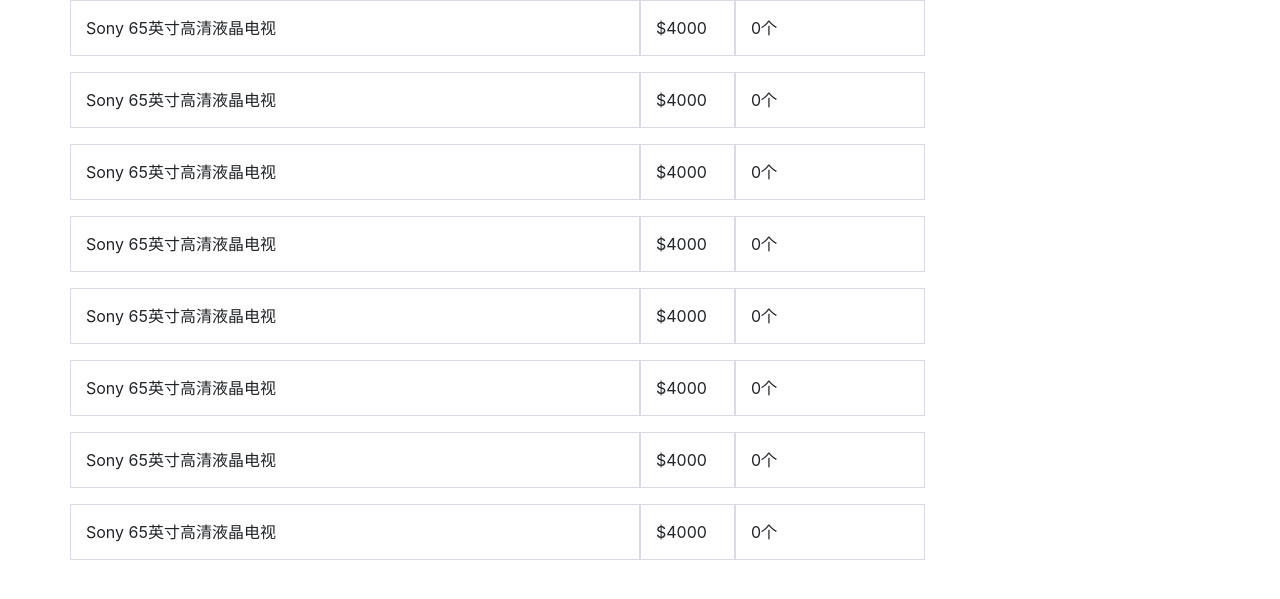
Repository: cuilongshui/reaact_dom
Page: /
The author's editor kept a copy of each file at every save. The page is drawn from the files as they stood at one save, then again after the next save.
The browser window is 1280 px wide. The pictures show the whole page.
The project was rebuilt for these pictures with package versions that can differ from the ones it lists, and the page was loaded fresh each time. Also part of the build but not shown: src/App.css.

Above is the page before, as saved 2020-12-10 22:09:20.

### public/index.html
<!DOCTYPE html>
<html lang="en">
  <head>
    <meta charset="utf-8" />
    <link rel="icon" href="%PUBLIC_URL%/favicon.ico" />
    <meta name="viewport" content="width=device-width, initial-scale=1" />
    <meta name="theme-color" content="#000000" />
    <meta
      name="description"
      content="Web site created using create-react-app"
    />

    <title>React App</title>
  </head>
  <body>
    <noscript>You need to enable JavaScript to run this app.</noscript>
    <div id="root"></div>
  </body>
</html>

### src/index.js
/*
 * @Author: your name
 * @Date: 2020-12-04 23:02:56
 * @LastEditTime: 2020-12-09 22:44:31
 * @LastEditors: Please set LastEditors
 * @Description: In User Settings Edit
 * @FilePath: \my-app\src\index.js
 */
import React from 'react';
import ReactDOM from 'react-dom';
import './index.css';
import "bootstrap/dist/css/bootstrap.css";
import App from './App';


ReactDOM.render(
  <App/>,
  document.getElementById('root')
);

### src/index.css
body {
  margin: 0;
  font-family: -apple-system, BlinkMacSystemFont, 'Segoe UI', 'Roboto', 'Oxygen',
    'Ubuntu', 'Cantarell', 'Fira Sans', 'Droid Sans', 'Helvetica Neue',
    sans-serif;
  -webkit-font-smoothing: antialiased;
  -moz-osx-font-smoothing: grayscale;
}

code {
  font-family: source-code-pro, Menlo, Monaco, Consolas, 'Courier New',
    monospace;
}

.themed-grid-col {
  padding-top: 15px;
  padding-bottom: 15px;
  background-color: rgba(255,255,255);
  border: 1px solid rgba(86, 61, 124, .2);
}

.themed-grid-col-s {
  padding-top: 15px;
  padding-bottom: 15px;
  background-color: rgba(86, 61, 124, .15);
  border: 1px solid rgba(86, 61, 124, .2);
}

### src/App.js
import "./App.css";
import ListItem from "./components/listItem";

function App() {
  return (
    //  <React.Fragments></React.Fragments>
    // 包含子元素无需生成多余的子节点  简写为---->  <></>
    <>
      <div className="container">
        <ListItem />
        <ListItem />
        <ListItem />
        <ListItem />
      </div>
      <div className="container">
        <ListItem />
        <ListItem />
        <ListItem />
        <ListItem />
      </div>
    </>
  );
}

export default App;

### src/components/listItem.jsx
/*
 * @Author: your name
 * @Date: 2020-12-09 20:45:07
 * @LastEditTime: 2020-12-10 22:09:19
 * @LastEditors: cui
 * @Description: In User Settings Edit
 * @FilePath: \my-app\src\components\listItem.jsx
 */
import React, { Component } from "react";
const product = {
  id: 1,
  name: "Sony 65英寸高清液晶电视",
  price: 4000,
  stock: 20,
};

let count = 0;

class ListItem extends Component {
  manageCount() {
    return count + '个'
  }


  render() {
    return (
      <div className="row mb-3">
        <div className="col-6 themed-grid-col">{product.name}</div>
        <div className="col-1 themed-grid-col">${product.price}</div>
        <div className="col-2 themed-grid-col">{this.manageCount()} </div>
      </div>
    );
  }
}
export default ListItem;

After the next save:
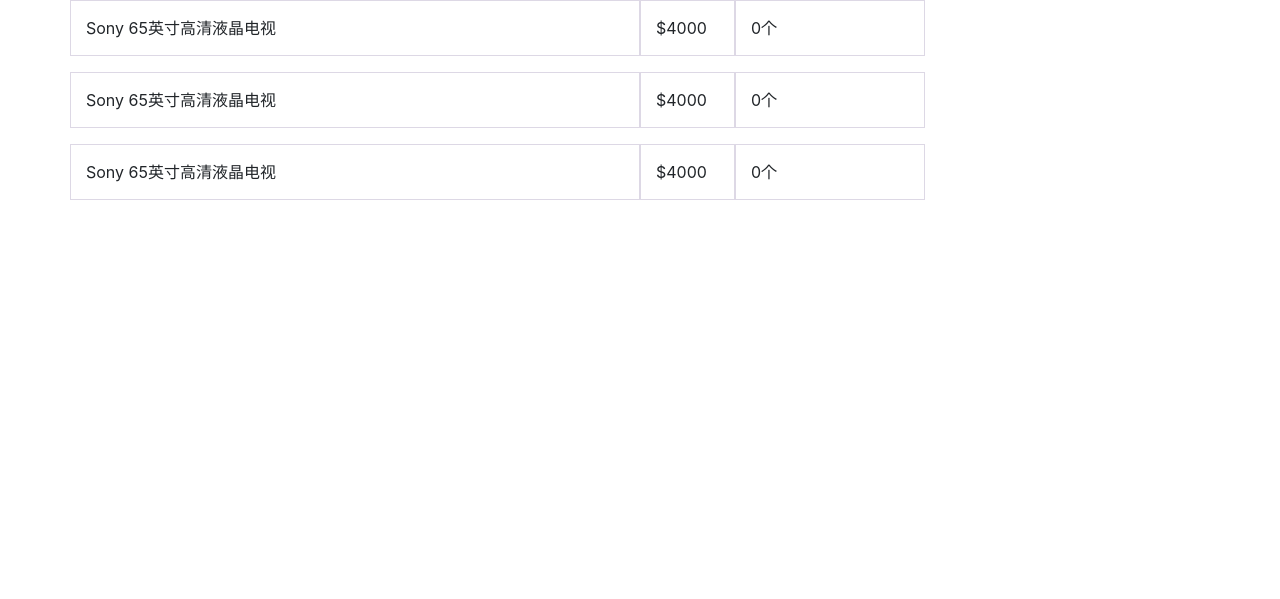
Saved 3 min 32 s later.
--- a/src/App.js
+++ b/src/App.js
@@ -1,5 +1,30 @@
+/*
+ * @Author: cui
+ * @Date: 2020-12-04 23:02:56
+ * @LastEditors: cui
+ * @LastEditTime: 2020-12-10 22:12:52
+ * @Description:
+ */
 import "./App.css";
 import ListItem from "./components/listItem";
+
+const listData = [
+  {
+    id: 1,
+    title: "sony 65寸高清电视",
+    prize: 4000,
+  },
+  {
+    id: 2,
+    title: "华为 Meta30",
+    prize: 6000,
+  },
+  {
+    id: 3,
+    title: "华硕 玩家国度笔记本",
+    prize: 10000,
+  },
+];
 
 function App() {
   return (
@@ -10,13 +35,6 @@
         <ListItem />
         <ListItem />
         <ListItem />
-        <ListItem />
-      </div>
-      <div className="container">
-        <ListItem />
-        <ListItem />
-        <ListItem />
-        <ListItem />
       </div>
     </>
   );
